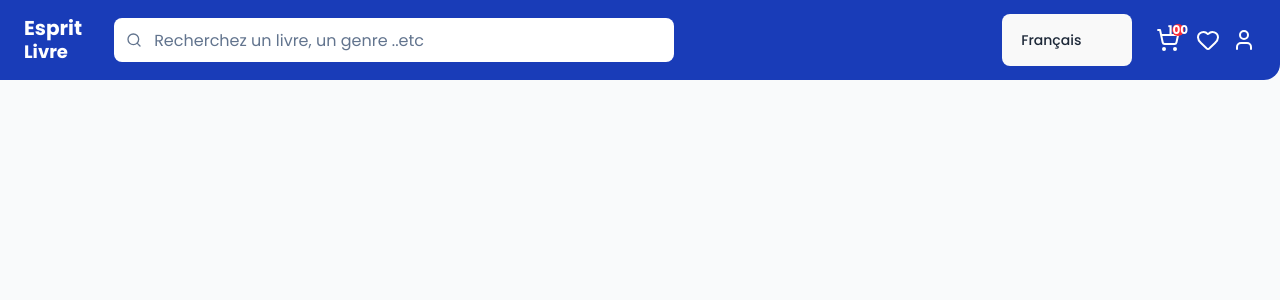
Repository: oussamabenberkane/esprit-livre-front
Page: /
An editor plug-in stored every save of this project. The page is shown before and after the next save, followed by the edit.
The browser window is 1280 px wide. The pictures show the whole page.
Pictures or frames that could not be fetched are drawn as grey boxes. The project was rebuilt for these pictures with package versions that can differ from the ones it lists, and the page was loaded fresh each time. Also part of the build but not shown: vite.config.js.

Above is the page before, as saved 2025-09-25 20:41:15.

### index.html
<!doctype html>
<html lang="en">
  <head>
    <meta charset="UTF-8" />
    <link rel="icon" type="image/svg+xml" href="/vite.svg" />
    <meta name="viewport" content="width=device-width, initial-scale=1.0" />
    <title>espritlivrefront</title>
  </head>
  <body>
    <div id="root"></div>
    <script type="module" src="/src/main.jsx"></script>
  </body>
</html>

### src/index.css
@import url('https://fonts.googleapis.com/css2?family=Poppins:wght@300;400;500;600;700&display=swap');
@import "tailwindcss";

:root {
  font-family: 'Poppins', system-ui, Avenir, Helvetica, Arial, sans-serif;
  line-height: 1.5;
  font-weight: 400;

  color-scheme: light dark;
  color: rgba(255, 255, 255, 0.87);
  background-color: #242424;

  font-synthesis: none;
  text-rendering: optimizeLegibility;
  -webkit-font-smoothing: antialiased;
  -moz-osx-font-smoothing: grayscale;
}

a {
  font-weight: 500;
  color: #646cff;
  text-decoration: inherit;
}

a:hover {
  color: #535bf2;
}

body {
  margin: 0;
  display: flex;
  place-items: center;
  min-width: 320px;
  min-height: 100vh;
}

h1 {
  font-size: 3.2em;
  line-height: 1.1;
}

button {
  border-radius: 8px;
  padding: 0.6em 1.2em;
  font-size: 1em;
  font-weight: 500;
  font-family: inherit;
  background-color: #1a1a1a;
  cursor: pointer;
  transition: border-color 0.25s;
}

button:hover {
  border-color: #646cff;
}

@media (prefers-color-scheme: light) {
  :root {
    color: #213547;
    background-color: #ffffff;
  }

  a:hover {
    color: #747bff;
  }

  button {
    background-color: #f9f9f9;
  }
}

### src/App.jsx
import Navbar from './components/common/Navbar';

function App() {
  return (
    <div className="min-h-screen min-w-screen bg-gray-50">
      <Navbar />
      {/* Reste de votre contenu */}
    </div>
  );
}

export default App;

### src/components/common/Navbar.jsx
import { Search, ChevronDown, ShoppingCart, Heart, User } from 'lucide-react';
import LanguageToggle from '../animations/LanguageToggle';


// Logo Component
const Logo = () => (
    <div className="flex flex-col text-white">
        <div className="text-xl font-bold leading-tight">Esprit</div>
        <div className="text-lg font-bold leading-tight">Livre</div>
    </div>
);

// Search Bar Component
const SearchBar = ({ placeholder = "Recherchez un livre, un genre ..etc", onSearch }) => (
    <div className="relative bg-white rounded-lg h-11 w-140 flex items-center">
        <div className="absolute left-3 w-4 h-4 text-slate-500">
            <Search className="w-full h-full" />
        </div>
        <input
            type="text"
            placeholder={placeholder}
            onChange={onSearch}
            className="w-full h-full pl-10 pr-4 text-md text-black bg-transparent border-none outline-none placeholder:text-slate-500"
        />
    </div>
);

// User Actions Component
const UserActions = ({ cartCount = 0, onCartClick, onFavoritesClick, onUserClick }) => (
    <div className="flex items-center gap-2">
        {/* Cart with notification */}
        <div className="relative cursor-pointer hover:opacity-80 transition-opacity" onClick={onCartClick}>
            <div className="w-6 h-6 text-white">
                <ShoppingCart className="w-full h-full" />
            </div>
            {cartCount > 0 && (
                <div className="absolute -top-1 -right-1 w-3 h-3 bg-red-500 rounded-full flex items-center justify-center">
                    <span className="text-xs text-white font-black leading-none">{cartCount}</span>
                </div>
            )}
        </div>

        {/* Favorites */}
        <div
            className="w-6 h-6 ml-2 text-white cursor-pointer hover:opacity-80 transition-opacity"
            onClick={onFavoritesClick}
        >
            <Heart className="w-full h-full" />
        </div>

        {/* User Account */}
        <div
            className="w-6 h-6 ml-1 text-white cursor-pointer hover:opacity-80 transition-opacity"
            onClick={onUserClick}
        >
            <User className="w-full h-full" />
        </div>
    </div>
);

// Main Navbar Component
const Navbar = ({
    searchPlaceholder,
    cartCount,
    onSearch,
    onCartClick,
    onFavoritesClick,
    onUserClick
}) => (
    <div className="w-full bg-blue-800 rounded-br-2xl px-6 py-3 h-20">
        <div className="flex items-center w-full h-full">
            {/* Logo */}
            <div className="flex-shrink-0">
                <Logo />
            </div>

            {/* Search Bar */}
            <div className="flex-shrink-0 ml-8">
                <SearchBar placeholder={searchPlaceholder} onSearch={onSearch} />
            </div>

            {/* Spacer */}
            <div className="flex-1"></div>

            {/* Language Selector */}
            <div className="flex-shrink-0 mr-6">
                <LanguageToggle />
            </div>

            {/* User Actions */}
            <div className="flex-shrink-0">
                <UserActions
                    cartCount={cartCount}
                    onCartClick={onCartClick}
                    onFavoritesClick={onFavoritesClick}
                    onUserClick={onUserClick}
                />
            </div>
        </div>
    </div>
);

// Demo usage
export default function App() {
    const handleSearch = (e) => {
        console.log('Search:', e.target.value);
    };

    const handleLanguageChange = () => {
        console.log('Language selector clicked');
    };

    const handleCartClick = () => {
        console.log('Cart clicked');
    };

    const handleFavoritesClick = () => {
        console.log('Favorites clicked');
    };

    const handleUserClick = () => {
        console.log('User account clicked');
    };

    return (
        <Navbar
            cartCount={100}
            onSearch={handleSearch}
            onLanguageChange={handleLanguageChange}
            onCartClick={handleCartClick}
            onFavoritesClick={handleFavoritesClick}
            onUserClick={handleUserClick}
        />
    );
}

### src/components/animations/LanguageToggle.jsx
import React, { useState } from 'react';
import { motion, AnimatePresence } from 'framer-motion';
import { ChevronDown } from 'lucide-react';

const LanguageToggle = ({ onLanguageChange }) => {
    const [currentLang, setCurrentLang] = useState('fr');

    const handleToggle = () => {
        const newLang = currentLang === 'fr' ? 'en' : 'fr';
        setCurrentLang(newLang);
        if (onLanguageChange) {
            onLanguageChange(newLang);
        }
    };

    const getCurrentLanguageLabel = () => {
        return currentLang === 'fr' ? 'Français' : 'English';
    };

    return (
        <motion.button
            whileHover={{ scale: 1.05 }}
            whileTap={{ scale: 0.95 }}
            onClick={handleToggle}
            className="relative bg-white rounded-md px-4 py-2.5 min-w-[130px] flex items-center justify-between cursor-pointer border-none outline-none focus:outline-none hover:bg-gray-50 transition-colors  overflow-hidden"
        >
            <AnimatePresence mode="wait">
                <motion.span
                    key={currentLang}
                    initial={{ opacity: 0, y: +10 }}
                    animate={{ opacity: 1, y: 0 }}
                    exit={{ opacity: 0, y: +10 }}
                    transition={{
                        duration: 0.3,
                        ease: "easeInOut"
                    }}
                    className="text-sm font-medium text-gray-800"
                >
                    {getCurrentLanguageLabel()}
                </motion.span>
            </AnimatePresence>

            <motion.div
                animate={{ rotate: currentLang === 'en' ? 180 : 0 }}
                transition={{ duration: 0.4 }}
                className="ml-2"
            >
                <motion.img
                    initial={{ opacity: 1 }}
                    animate={{ opacity: 0 }}
                    className="w-4 h-4 text-gray-600" src='assets/' />
                <motion.img
                    initial={{ opacity: 1 }}
                    animate={{ opacity: 0 }}
                    className="w-4 h-4 text-gray-600" src='assets/' />
            </motion.div>
        </motion.button>
    );
};

export default LanguageToggle;

Loaded but not shown: src/main.jsx (common file)

After the next save:
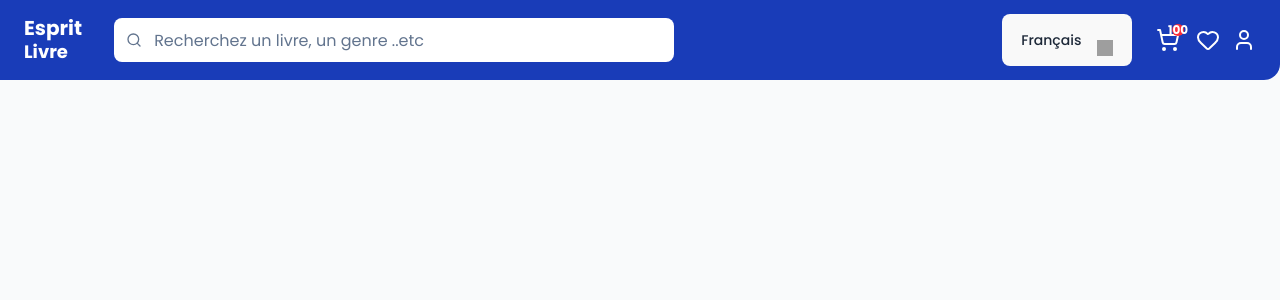
Saved 6 s later.
--- a/src/components/animations/LanguageToggle.jsx
+++ b/src/components/animations/LanguageToggle.jsx
@@ -50,8 +50,8 @@ const LanguageToggle = ({ onLanguageChange }) => {
                     animate={{ opacity: 0 }}
                     className="w-4 h-4 text-gray-600" src='assets/' />
                 <motion.img
-                    initial={{ opacity: 1 }}
-                    animate={{ opacity: 0 }}
+                    initial={{ opacity: 0 }}
+                    animate={{ opacity: 1 }}
                     className="w-4 h-4 text-gray-600" src='assets/' />
             </motion.div>
         </motion.button>
